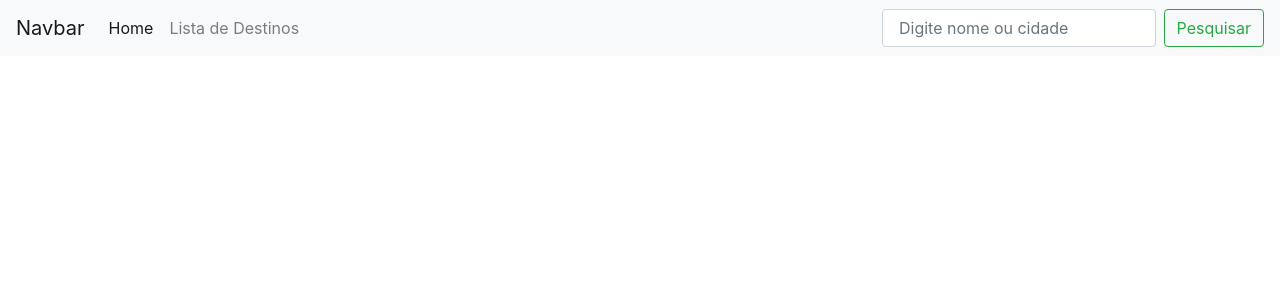
Repository: SolanoBarcelos/AtvPratMod4
Page: CrudJAVA/AtvPratMod4/src/main/webapp/index.html
The author's editor kept a copy of each file at every save. The page is drawn from the files as they stood at one save, then again after the next save.
The browser window is 1280 px wide. The pictures show the whole page.

Above is the page before, as saved 2022-02-13 19:39:27.

### CrudJAVA/AtvPratMod4/src/main/webapp/index.html
<!DOCTYPE html>
<html>
<head>
<meta charset="ISO-8859-1">
<title>CRUD JAVA - Cadastro de Destino | Home</title>
<link rel="stylesheet" href="https://stackpath.bootstrapcdn.com/bootstrap/4.1.3/css/bootstrap.min.css" integrity="sha384-MCw98/SFnGE8fJT3GXwEOngsV7Zt27NXFoaoApmYm81iuXoPkFOJwJ8ERdknLPMO" crossorigin="anonymous">
<script src="https://code.jquery.com/jquery-3.3.1.slim.min.js" integrity="sha384-q8i/X+965DzO0rT7abK41JStQIAqVgRVzpbzo5smXKp4YfRvH+8abtTE1Pi6jizo" crossorigin="anonymous"></script>
<script src="https://cdnjs.cloudflare.com/ajax/libs/popper.js/1.14.3/umd/popper.min.js" integrity="sha384-ZMP7rVo3mIykV+2+9J3UJ46jBk0WLaUAdn689aCwoqbBJiSnjAK/l8WvCWPIPm49" crossorigin="anonymous"></script>
<script src="https://stackpath.bootstrapcdn.com/bootstrap/4.1.3/js/bootstrap.min.js" integrity="sha384-ChfqqxuZUCnJSK3+MXmPNIyE6ZbWh2IMqE241rYiqJxyMiZ6OW/JmZQ5stwEULTy" crossorigin="anonymous"></script>
</head>
<body>

<nav class="navbar navbar-expand-lg navbar-light bg-light">
  <a class="navbar-brand" href="#">Navbar</a>
  <button class="navbar-toggler" type="button" data-toggle="collapse" data-target="#conteudoNavbarSuportado" aria-controls="conteudoNavbarSuportado" aria-expanded="false" aria-label="Alterna navegação">
    <span class="navbar-toggler-icon"></span>
  </button>

  <div class="collapse navbar-collapse" id="conteudoNavbarSuportado">
    <ul class="navbar-nav mr-auto">
      <li class="nav-item active">
        <a class="nav-link" href="index.html">Home <span class="sr-only">(página atual)</span></a>
      </li>
      <li class="nav-item">
        <a class="nav-link" href="#">Lista de Destinos</a>
      </li>
    </ul>
    <form class="form-inline my-2 my-lg-0">
      <input class="form-control mr-sm-2" type="search" placeholder=" Digite nome ou cidade" aria-label="Pesquisar">
      <button class="btn btn-outline-success my-2 my-sm-0" type="submit">Pesquisar</button>
    </form>
  </div>
</nav>

</body>
</html>

After the next save:
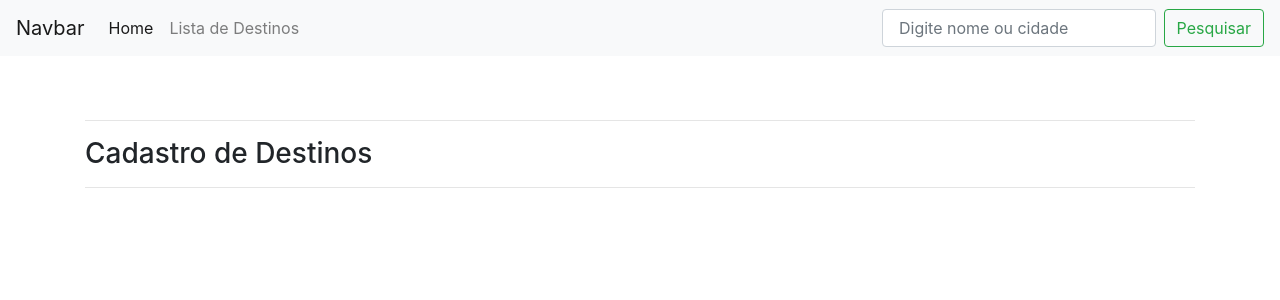
Saved 8 min 9 s later.
--- a/CrudJAVA/AtvPratMod4/src/main/webapp/index.html
+++ b/CrudJAVA/AtvPratMod4/src/main/webapp/index.html
@@ -26,11 +26,23 @@
       </li>
     </ul>
     <form class="form-inline my-2 my-lg-0">
-      <input class="form-control mr-sm-2" type="search" placeholder=" Digite nome ou cidade" aria-label="Pesquisar">
+      <input name="pesauisa" class="form-control mr-sm-2" type="search" placeholder=" Digite nome ou cidade" aria-label="Pesquisar">
       <button class="btn btn-outline-success my-2 my-sm-0" type="submit">Pesquisar</button>
     </form>
   </div>
 </nav>
 
+<br>
+<br>
+
+<div class="container">
+<div class="row">
+</div class="Cold-md-7">
+<hr>
+<h3>Cadastro de Destinos</h3>
+<hr>
+
+</div>
+
 </body>
 </html>
